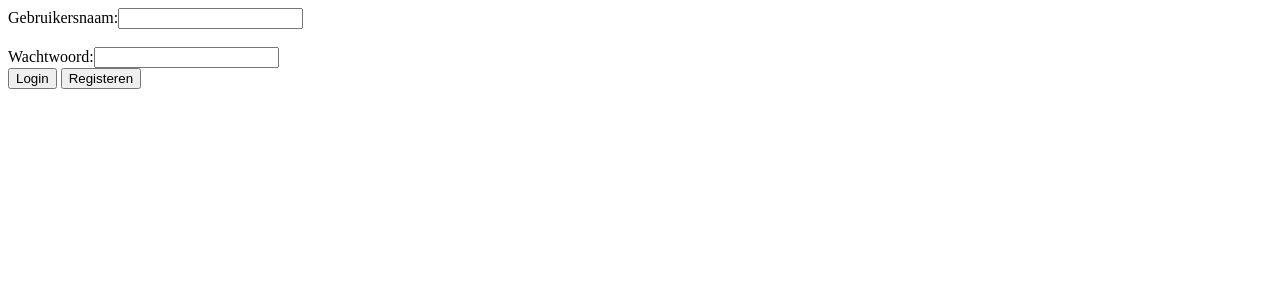
Repository: Julian-4A5A/php-p4
Page: http://localhost/Week1/login/Index.php
The author's editor kept a record of every edit. The page is drawn from the files as they stood at one moment, then again after the next edit.
The browser window is 1280 px wide. The pictures show the whole page.
The page is run by PHP 8.4 with error messages shown; the project is at /var/www/html/.

Above is the page before.

After the next edit:
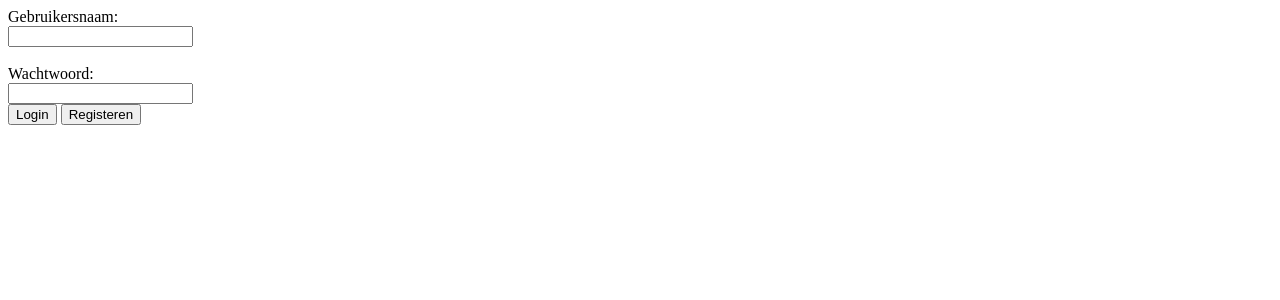
The edit:
--- a/workspace/Week1/login/Index.php
+++ b/workspace/Week1/login/Index.php
@@ -5,8 +5,8 @@
     </head>
     <body>
         <form action="logreg.php" method="post" accept-charset="utf-8">
-            <label>Gebruikersnaam:</label><input type="text" name="Gebruiker"/><br><br>
-            <label>Wachtwoord:</label><input type="password" name="Wachtwoord"/><br>
+            <label>Gebruikersnaam:</label><br><input type="text" name="Gebruiker"/><br><br>
+            <label>Wachtwoord:</label><br><input type="password" name="Wachtwoord"/><br>
             <input type="submit" name="login" value="Login"/>
             <input type="submit" name="registeren" value="Registeren"/>
         </form>
